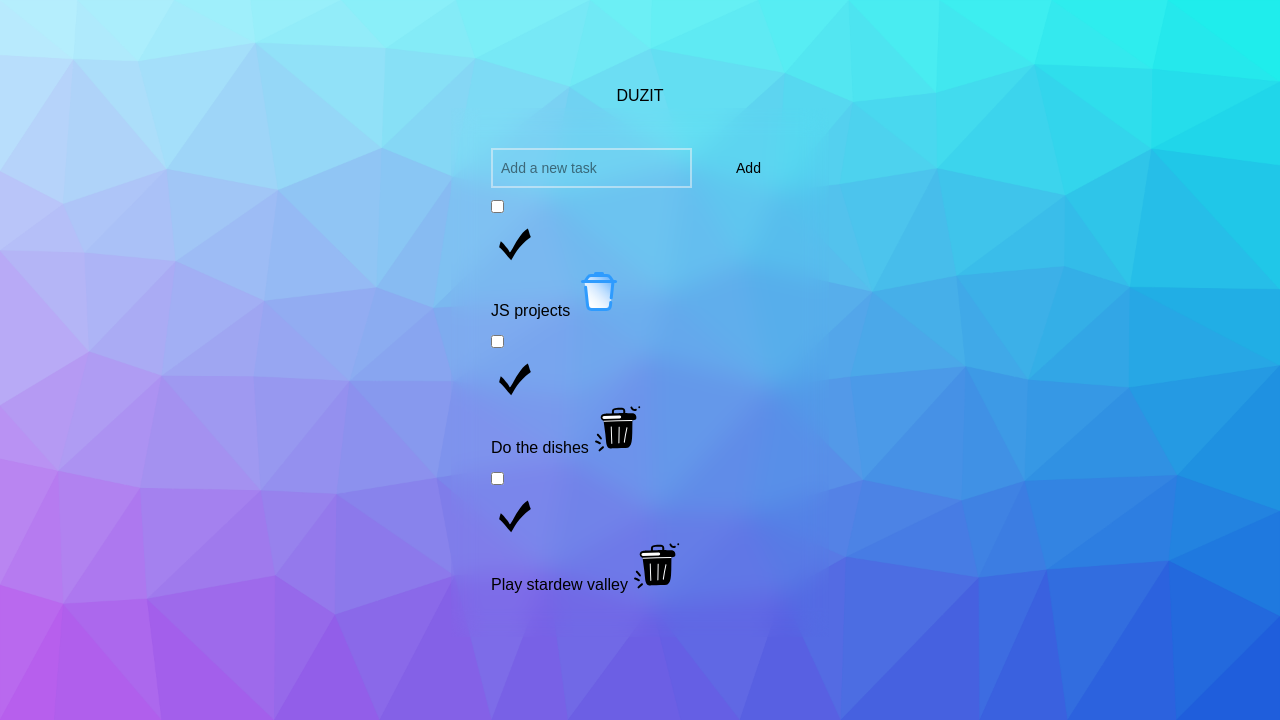
Repository: milkybeargeek/JavaScript-Projects
Page: Duzit/src/index.html
An editor plug-in stored every save of this project. The page is shown before and after the next save, followed by the edit.
The browser window is 1280 px wide. The pictures show the whole page.
Some web fonts or font styles are not loaded; a fallback is used.

Above is the page before, as saved 2025-02-11 15:29:52.

After the next save:
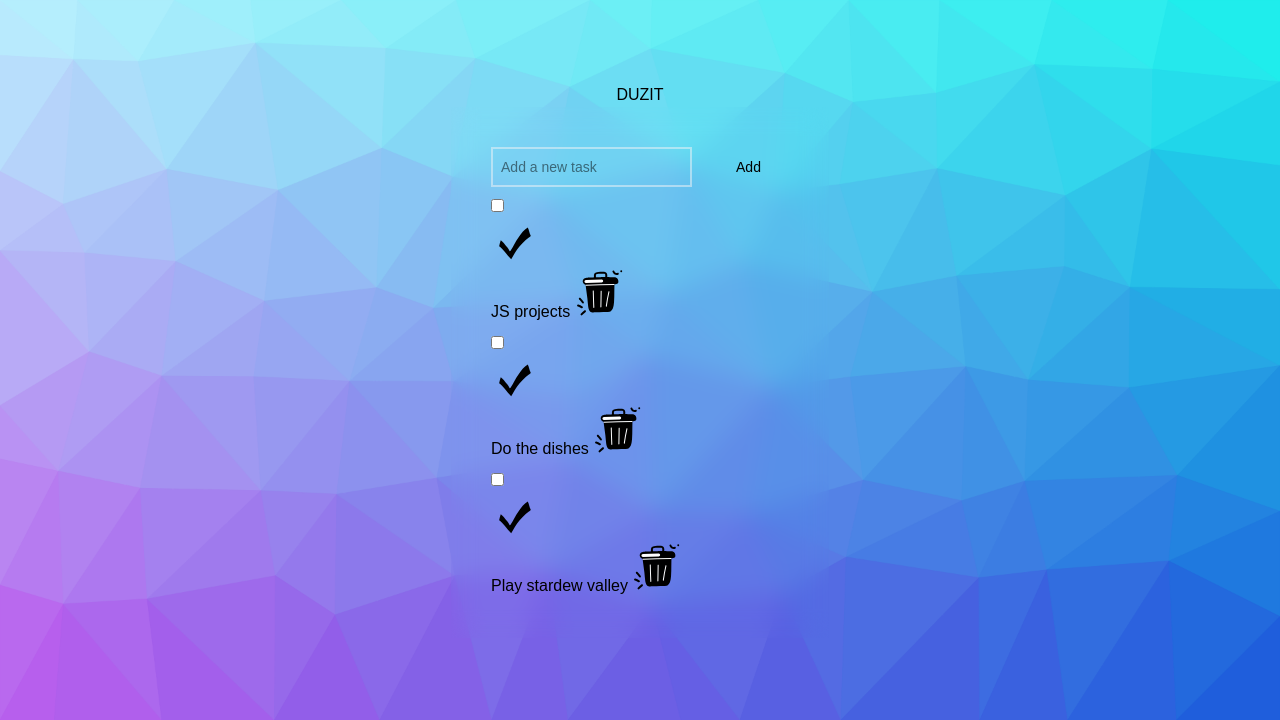
Saved 29 s later.
--- a/Duzit/src/index.html
+++ b/Duzit/src/index.html
@@ -29,36 +29,7 @@
                 <label for="todo-1" class="todo-text">JS projects
                 </label>
                 <button class="delete-todo">
-                    <svg xmlns="http://www.w3.org/2000/svg" x="0px" y="0px" width="48" height="48" viewBox="0 0 48 48">
-                        <linearGradient id="SVGID_1__VjYhRgCvzsVg_gr1" x1="37.433" x2="10.455" y1="11.416" y2="38.393"
-                            gradientUnits="userSpaceOnUse">
-                            <stop offset="0" stop-color="#60affe"></stop>
-                            <stop offset=".033" stop-color="#6ab4fe"></stop>
-                            <stop offset=".197" stop-color="#97cbfe"></stop>
-                            <stop offset=".362" stop-color="#bddeff"></stop>
-                            <stop offset=".525" stop-color="#daecff"></stop>
-                            <stop offset=".687" stop-color="#eef7ff"></stop>
-                            <stop offset=".846" stop-color="#fbfdff"></stop>
-                            <stop offset="1" stop-color="#fff"></stop>
-                        </linearGradient>
-                        <path fill="url(#SVGID_1__VjYhRgCvzsVg_gr1)"
-                            d="M38,13.5l-2.812-4.219C34.446,8.168,33.197,7.5,31.86,7.5H16.141c-1.338,0-2.587,0.668-3.328,1.781L10,13.5	H9.555l2.804,26.17c0.109,1.016,0.967,1.787,1.989,1.787h19.079c1.022,0,1.879-0.771,1.988-1.787L38.22,13.5H38z">
-                        </path>
-                        <path fill="none" stroke="#2e9bfe" stroke-linecap="round" stroke-linejoin="round"
-                            stroke-miterlimit="10" stroke-width="3" d="M36.249,29.839L38,13.5"></path>
-                        <path fill="none" stroke="#2e9bfe" stroke-linecap="round" stroke-linejoin="round"
-                            stroke-miterlimit="10" stroke-width="3"
-                            d="M10.608,19.171l2.009,18.755c0.218,2.033,1.933,3.574,3.977,3.574h14.811c2.044,0,3.759-1.541,3.977-3.574	l0.373-3.48">
-                        </path>
-                        <line x1="7.5" x2="40.5" y1="13.5" y2="13.5" fill="none" stroke="#2e9bfe" stroke-linecap="round"
-                            stroke-linejoin="round" stroke-miterlimit="10" stroke-width="3"></line>
-                        <line x1="20.5" x2="27.5" y1="5.5" y2="5.5" fill="none" stroke="#2e9bfe" stroke-linecap="round"
-                            stroke-linejoin="round" stroke-miterlimit="10" stroke-width="3"></line>
-                        <path fill="none" stroke="#2e9bfe" stroke-linecap="round" stroke-linejoin="round"
-                            stroke-miterlimit="10" stroke-width="3"
-                            d="M10,13.5l2.813-4.219c0.741-1.113,1.99-1.781,3.328-1.781H31.86c1.337,0,2.586,0.668,3.328,1.781L38,13.5">
-                        </path>
-                    </svg>
+                    <img src="../icons8-delete.svg" alt="delete-svg">
                 </button>
             </li>
             <li class="todo-item">
